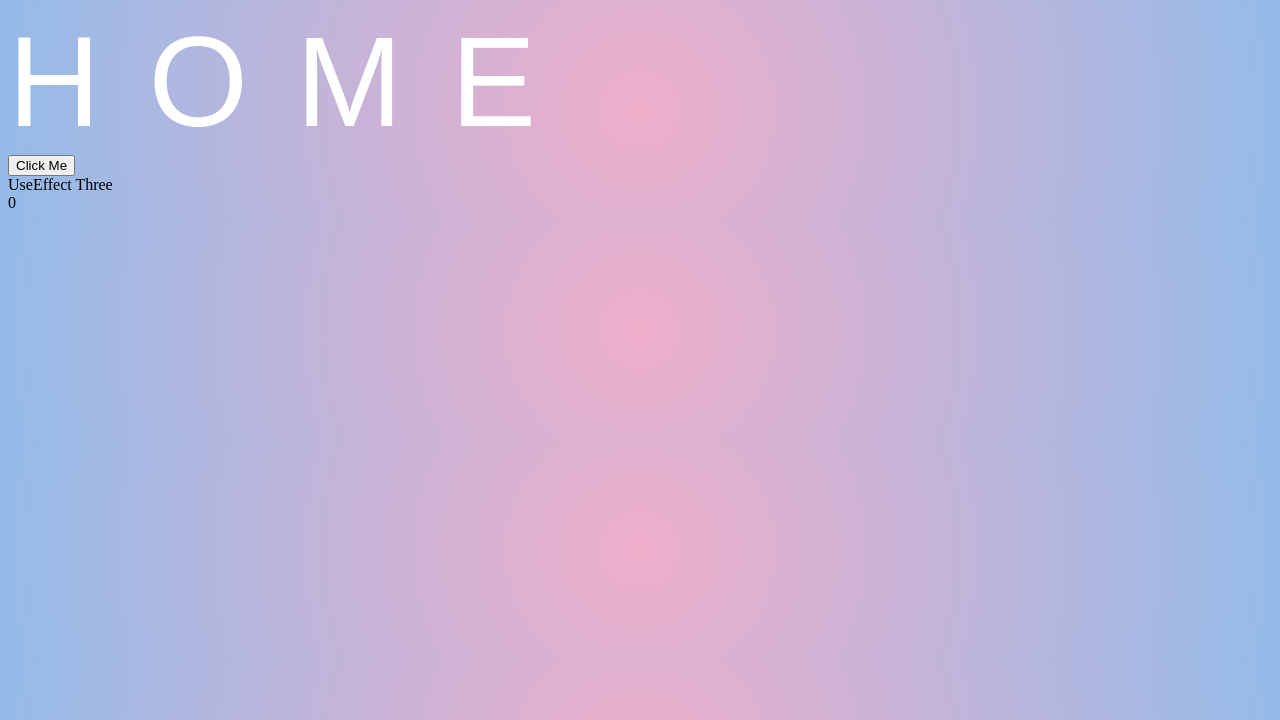
Repository: juliet-jskim/week-8-useEffect-carousel
Page: /useEffectThree
The author's editor kept a copy of each file at every save. The page is drawn from the files as they stood at one save, then again after the next save.
The browser window is 1280 px wide. The pictures show the whole page.
The project was rebuilt for these pictures with package versions that can differ from the ones it lists, and the page was loaded fresh each time. The framework's server and built-in components were replaced by stand-ins that run in the browser. Also part of the build but not shown: next.config.js.

Above is the page before, as saved 2023-02-20 23:07:34.

### pages/useEffectThree.js
import { useEffect, useState } from "react"
import Link from "next/link";
import styles from "@/styles/UseEffectThree.module.css"


export default function UseEffectThree() {
    const [number, setNumber] = useState(0);

    const [value, setValue] = useState(-10);

    useEffect(()=> {
        setValue(value + 10)
    }, [number])

    return(
        <>
        <div className={styles.home_link}>
                <Link  style={{ textDecoration: 'none',  color: 'white' }} href="/">Home</Link>
        </div>

        <div>
            <button onClick={() => setNumber(number +1)}>Click Me</button>
        </div>
        <div>
            UseEffect Three
        </div>
        <div>
            {value}
        </div>
        </>
    )
}

### styles/globals.css
:root {
  /** add colors you want to add to all the pages here**/
  background: rgb(238,174,202);
  background: radial-gradient(circle, rgba(238,174,202,1) 0%, rgba(148,187,233,1) 100%);

}

### styles/UseEffectThree.module.css
.home_link{
    font-size: 8rem;
    text-transform: uppercase;
    font-family: Arial, Helvetica, sans-serif;
    writing-mode: horizontal-tb;
    letter-spacing: 3rem;
}

Loaded but not shown: pages/_app.js (common file); pages/_document.js (common file)

After the next save:
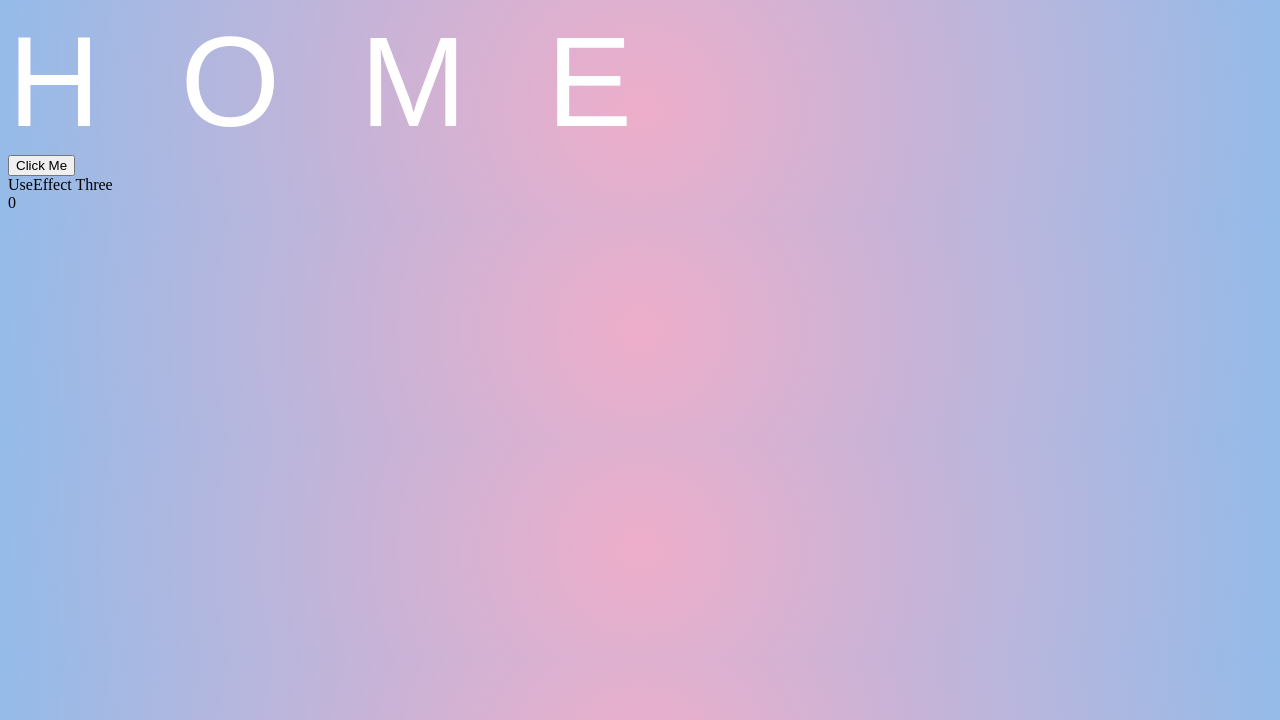
Saved 11 s later.
--- a/styles/UseEffectThree.module.css
+++ b/styles/UseEffectThree.module.css
@@ -3,5 +3,5 @@
     text-transform: uppercase;
     font-family: Arial, Helvetica, sans-serif;
     writing-mode: horizontal-tb;
-    letter-spacing: 3rem;
+    letter-spacing: 5rem;
 }
